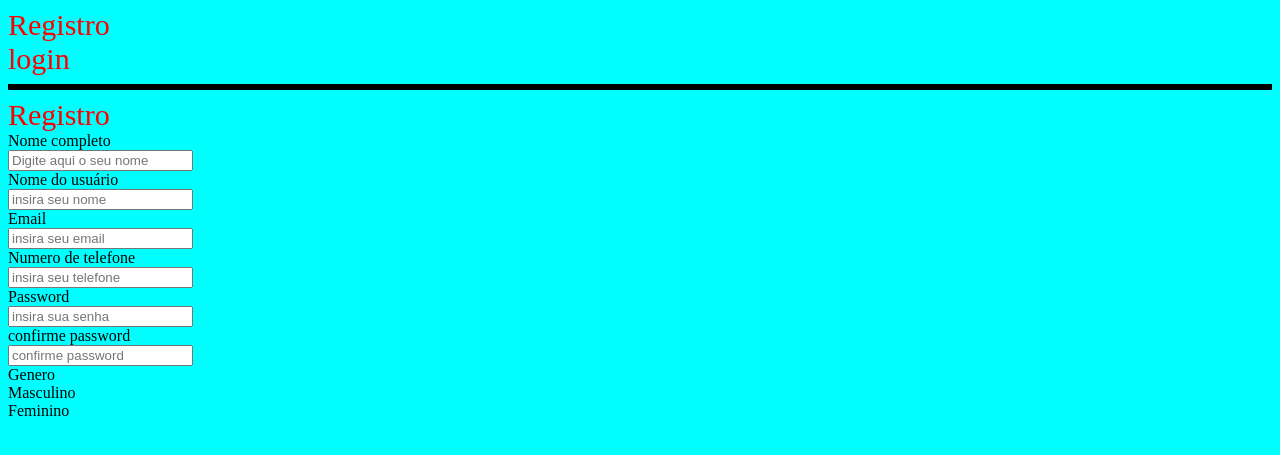
Repository: Vilmar-Freire/ESTUDOS-01-vilmar
Page: workspaces/prof-matheus battisti/matheus.html
An editor plug-in stored every save of this project. The page is shown before and after the next save, followed by the edit.
The browser window is 1280 px wide. The pictures show the whole page.

Above is the page before, as saved 2026-09-02 15:33:16.

### workspaces/prof-matheus battisti/matheus.html
<!DOCTYPE html>
<html lang="pt-BR">
<head>
    <meta charset="UTF-8">
    <meta name="keywords" content="Programacao, html, css, JavaScript">
    <meta name="Language" content="pt-BR">
    <meta name="Description" content="Formulario">
    <meta name="author" content="Vilmar Freire">
    <meta name="viewport" content="width=device-width, initial-scale=1.0">
    <link rel="stylesheet" href="./matheus.css">
    <title>Formulário</title>
</head>
<body>
  <div class="container">
    <div class="title">Registro</div>
    <form action="#"></form>
    </div>

    <div class="title">login</div>
    <form action="#"></form>


<hr size="6" color="black">


  <div class="container">
    <div class="title">Registro</div>
    <form action="#">

      <div class="user-details">
        <div class="input-box">
          <span class="details">Nome completo</span>
          <input type="text" placeholder="Digite aqui o seu nome" required>
        </div>
      </div>

      <div class="input-box">
        <span class="details">Nome do usuário</span>
        <input type="text" placeholder="insira seu nome" required>
      </div>

      <div class="input-box">
        <span class="details">Email</span>
        <input type="text" placeholder="insira seu email" required>
      </div>
      </div>

      <div class="input-box">
        <span class="details">Numero de telefone</span>
        <input type="text" placeholder="insira seu telefone" required>
      </div>

      <div class="input-box">
        <span class="details">Password</span>
        <input type="text" placeholder="insira sua senha" required>
      </div>

      <div class="input-box">
        <span class=details">confirme password</span>
        <input type="text"placeholder="confirme password" required>
      </div>

      <div class="gender-details">
        <span class="gender-title">Genero</span>
        <div class="category">
          <label for="">
            <span class="masculino"></span>
            <span class="gender">Masculino</span>
          </label>

          <label for="">
            <span class="feminino"></span>
            <span class="gender">Feminino</span>
          </label>
        </div>
      </div>
    </form>
  </div>
</body>
</html>

### workspaces/prof-matheus battisti/matheus.css
body{
    background-color: aqua;
}

span{
    display: block;

}

.title{
    color: red;
    font-size: 30px;
    text-align: left;
}

After the next save:
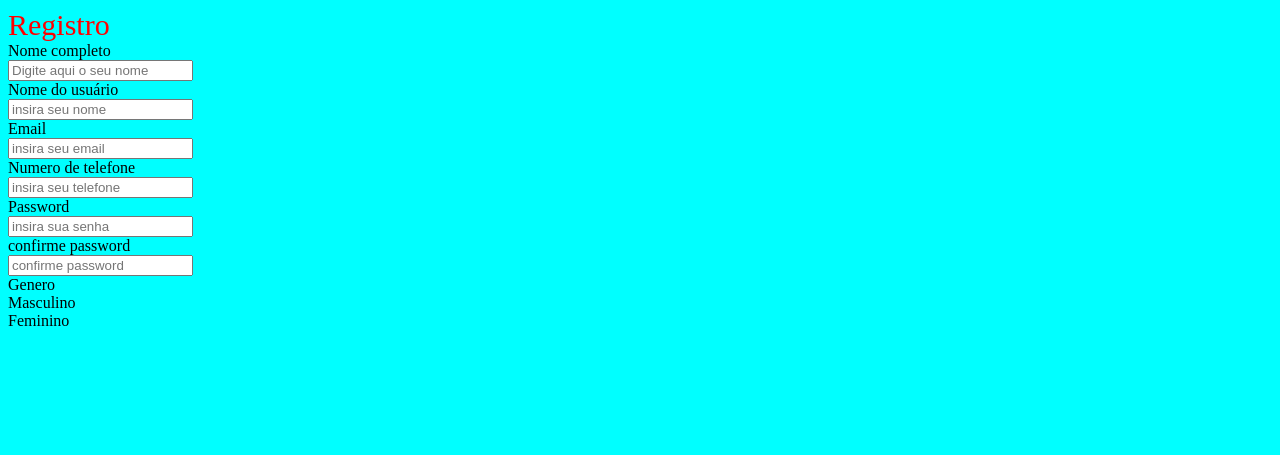
Saved 22 s later.
--- a/workspaces/prof-matheus battisti/matheus.html
+++ b/workspaces/prof-matheus battisti/matheus.html
@@ -11,16 +11,7 @@
     <title>Formulário</title>
 </head>
 <body>
-  <div class="container">
-    <div class="title">Registro</div>
-    <form action="#"></form>
-    </div>
 
-    <div class="title">login</div>
-    <form action="#"></form>
-
-
-<hr size="6" color="black">
 
 
   <div class="container">
